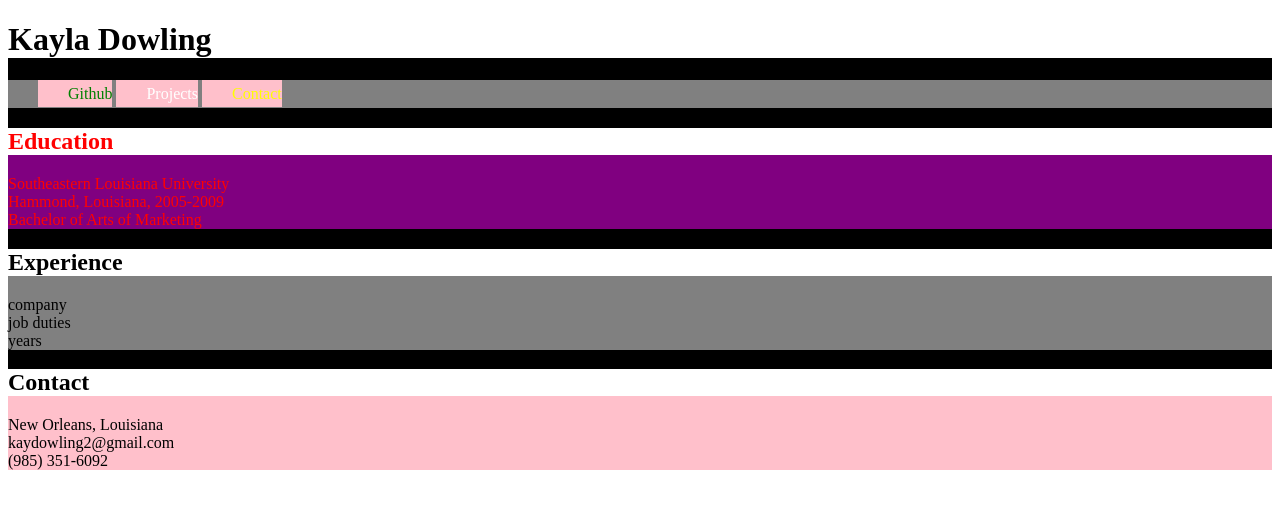
Repository: kayladowling/jekyll_website
Page: home.html
The author's editor kept a record of every edit. The page is drawn from the files as they stood at one moment, then again after the next edit.
The browser window is 1280 px wide. The pictures show the whole page.

Above is the page before.

### home.html
<!DOCTYPE html>
<html>
  <head> <title>Kayla Dowling</title>
  <link href="css/home.css" type="text/css" rel="stylesheet"/> </head>


  <body>
<div class ="wrapper">

   <header> <!-- Start of header -->
   <h1>Kayla Dowling</h1>
   <nav>
  <ul>
      <li><a href="https://github.com/kayladowling" id="github">Github</a></li>
      <li><a href="projects.html" id="projects">Projects</a></li>
      <li>Contact</li>
  </ul>
  </nav>
 </header>  <!-- end of header -->

  <section class="education"> <!-- start of education section -->
    <h2>Education</h2>
<p>Southeastern Louisiana University </br>
  Hammond, Louisiana, 2005-2009 </br>
 Bachelor of Arts of Marketing </p>
 </section> <!-- end of education section -->

 <section class="experience"> <!-- start of eperience -->
  <h2>Experience</h2>
  <p>company </br>
  job duties </br>
  years</p>
  </section> <!-- end of eperience -->

 <section class="contact"> <!-- start of contact -->
 <h2>Contact</h3>
 <p>New Orleans, Louisiana <br>
 kaydowling2@gmail.com <br>
 (985) 351-6092 </p>

 </section> <!-- end of contact -->

 <footer>
     <!-- add footer content-->
 </footer>
  </div> <!-- end of wrapper -->
 </body>
</html>

### css/home.css

h1 {
    background-color: white;
}

h2 {
    background-color: white;
}

p {
    background-color

}

nav ul {
    margin: 0px;
    padding: 5px 0px 5px 30px;
    background: gray;
}

nav li {
    display:inline;
    padding: 5px 0px 5px 30px;
    background: pink;
    color: yellow;
}

.wrapper {
    background-color: black;
}

a {
    text-decoration: none;
    color: white;
}

.education {
    color: red;
    background-color: purple;
}

.experience {
    background-color: gray;
}

.contact {
    background-color: pink;
}

#github {
    color: green;
}

After the next edit:
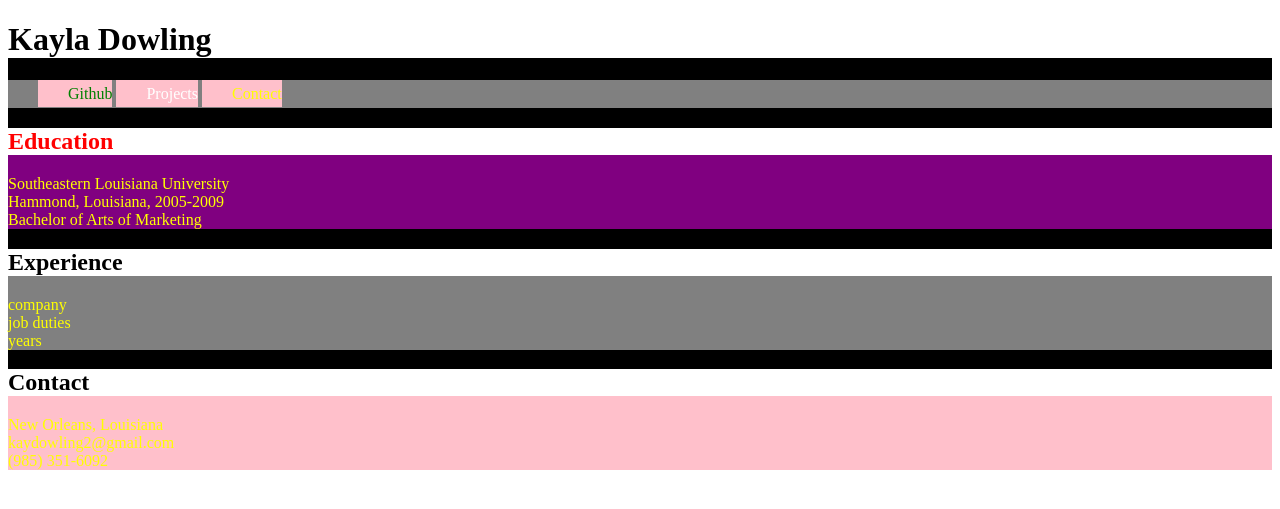
The edit:
--- a/css/home.css
+++ b/css/home.css
@@ -8,7 +8,7 @@
 }
 
 p {
-    background-color
+    color: yellow;
 
 }
 
